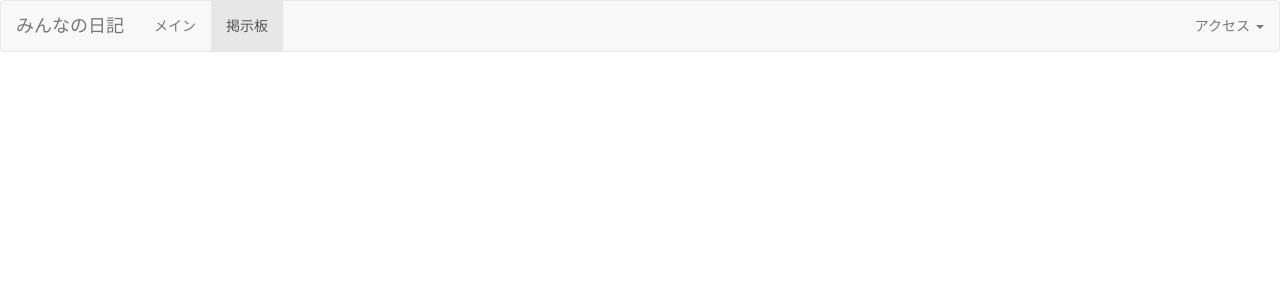
Repository: dengpu/JSP
Page: http://localhost/BBS/bbs.jsp
The author's editor kept a copy of each file at every save. The page is drawn from the files as they stood at one save, then again after the next save.
The browser window is 1280 px wide. The pictures show the whole page.
Some web libraries are served in a nearby version. The page is served by Tomcat 9. Other server files are loaded and not shown.

Above is the page before, as saved 2017-05-15 07:54:27.

### BBS/WebContent/bbs.jsp
<%@ page language="java" contentType="text/html; charset=UTF-8"
	pageEncoding="UTF-8"%>
<!DOCTYPE html>
<html>
<head>
<meta http-equiv="Content-Type" content="text/html; charset=UTF-8">
<meta name="viewport" content="width=device-width, initial-scale=1">
<link rel="stylesheet" href="css/bootstrap.css">
<title>みんなの日記</title>
</head>
<body>
	<%
		String ID = null;
		if (session.getAttribute("ID") != null) {
			ID = (String) session.getAttribute("ID");
		}
	%>


	<nav class="navbar navbar-default">
		<div class="navbar-header">
			<button type=button class="navbar-toggle collapsed"
				data-toggle="collapse" data-target="#bs-example-navbar-collapse-1"
				aria-expanded="false">
				<span class="icon-bar"></span> <span class="icon-bar"></span> <span
					class="icon-bar"></span>

			</button>
			<a class="navbar-brand" href="main.jsp">みんなの日記</a>
		</div>
		<div class="collapse navbar-collapse"
			id="bs-example-navbar-collapse-1">
			<ul class="nav navbar-nav ">
				<li><a href="main.jsp">メイン</a></li>
				<li class="active"><a href="bbs.jsp">掲示板</a></li>
			</ul>


			<%
				if (ID == null) {
			%>
			<ul class="nav navbar-nav navbar-right">
				<li class="dropdown"><a href="#" class="dropdown-toggle"
					data-toggle="dropdown" role="button" aria-haspopup="true"
					aria-expanded="false">アクセス <span class="caret"></span></a>


					<ul class="dropdown-menu">
						<li><a href="login.jsp">ログイン</a></li>
						<li><a href="join.jsp">会員登録</a></li>

					</ul></li>
			</ul>
			<%
				} else {
			%>
			<ul class="nav navbar-nav navbar-right">
				<li class="dropdown"><a href="#" class="dropdown-toggle"
					data-toggle="dropdown" role="button" aria-haspopup="true"
					aria-expanded="false">アクセス <span class="caret"></span></a>


					<ul class="dropdown-menu">
						<li><a href="logoutAction.jsp">ログアウト</a></li>

					</ul></li>
			</ul>
			<%
				}
			%>
		</div>
	</nav>

	<div class="container">
		<div class="row">
		<table class="table table-striped" style="text-align:center;
		border:1px soild #dddddd">
		<thead>

		</thead>
		</table>
		</div>
	</div>



	<script src="https://code.jquery.com/jquery-3.1.1.min.js"></script>
	<script src="js/bootstrap.js"></script>

</body>
</html>

Loaded but not shown: BBS/WebContent/css/bootstrap.css (library); BBS/WebContent/js/bootstrap.js (library)

After the next save:
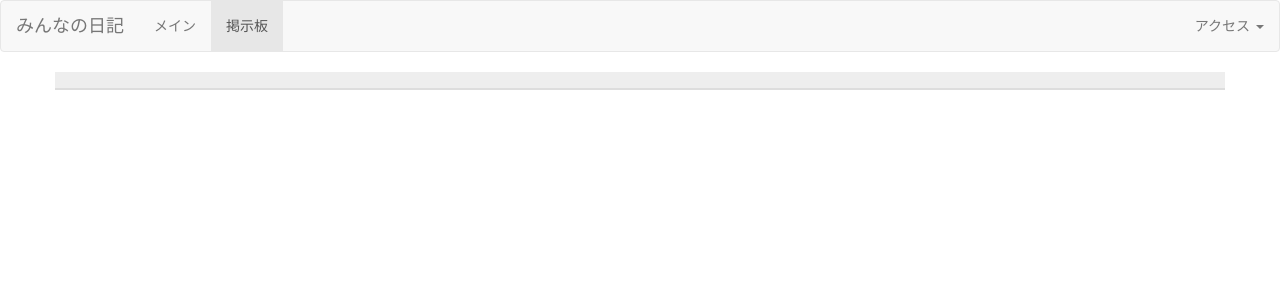
Saved 50 s later.
--- a/BBS/WebContent/bbs.jsp
+++ b/BBS/WebContent/bbs.jsp
@@ -76,7 +76,9 @@
 		<table class="table table-striped" style="text-align:center;
 		border:1px soild #dddddd">
 		<thead>
-
+		<tr>
+		<th style="background-color:#eeeeee; text-align:center;">
+		</tr>
 		</thead>
 		</table>
 		</div>
